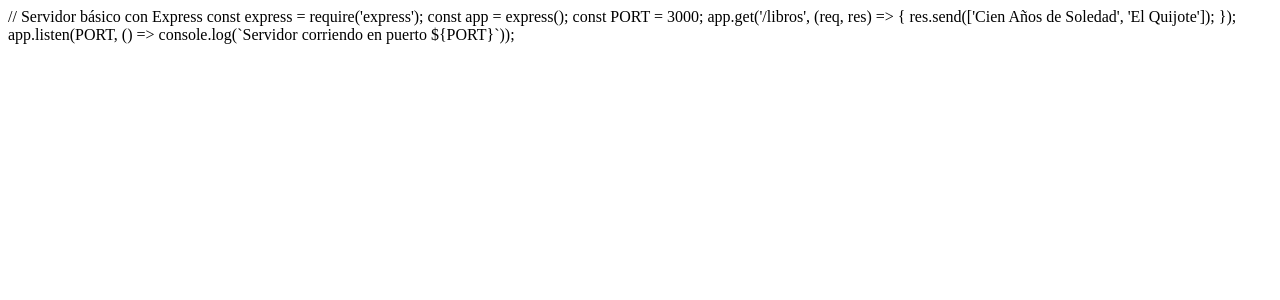
Repository: DiegoJacob0/LabosWeb
Page: 00043719_practica4_seccion1/ejerciciofinal/index.html
An editor plug-in stored every save of this project. The page is shown before and after the next save, followed by the edit.
The browser window is 1280 px wide. The pictures show the whole page.

Above is the page before, as saved 2025-09-29 14:26:29.

After the next save:
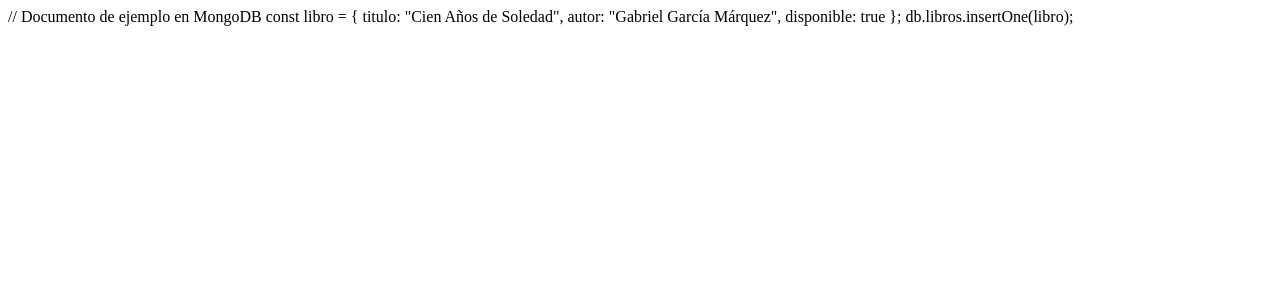
Saved 62 s later.
--- a/00043719_practica4_seccion1/ejerciciofinal/index.html
+++ b/00043719_practica4_seccion1/ejerciciofinal/index.html
@@ -1,13 +1,7 @@
-
-
-
-// Servidor básico con Express
-const express = require('express');
-const app = express();
-const PORT = 3000;
-
-app.get('/libros', (req, res) => {
-  res.send(['Cien Años de Soledad', 'El Quijote']);
-});
-
-app.listen(PORT, () => console.log(`Servidor corriendo en puerto ${PORT}`));
+// Documento de ejemplo en MongoDB
+const libro = {
+  titulo: "Cien Años de Soledad",
+  autor: "Gabriel García Márquez",
+  disponible: true
+};
+db.libros.insertOne(libro);
